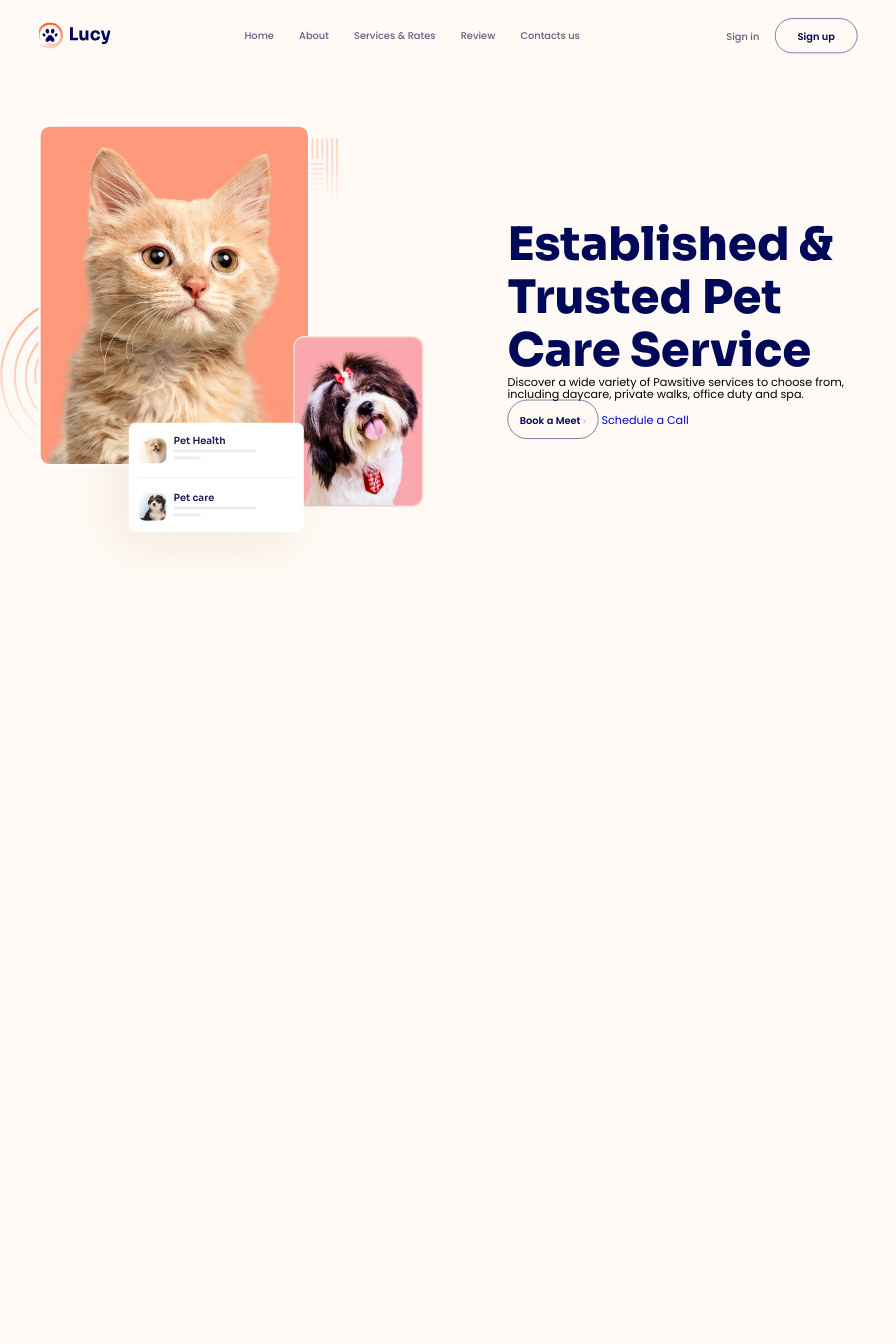
Repository: anhtien111198/f8-htmlcss-04
Page: index.html
These files come from the project's save history. The page is drawn as it stood at one moment and after the next save; the edit follows.
The browser window is 1280 px wide. The pictures show the part of the page from y = 0 to 1920 px (the page is 5000 px tall), at 70% of full size.

Above is the page before, as saved 2023-05-17 12:04:07.

After the next save:
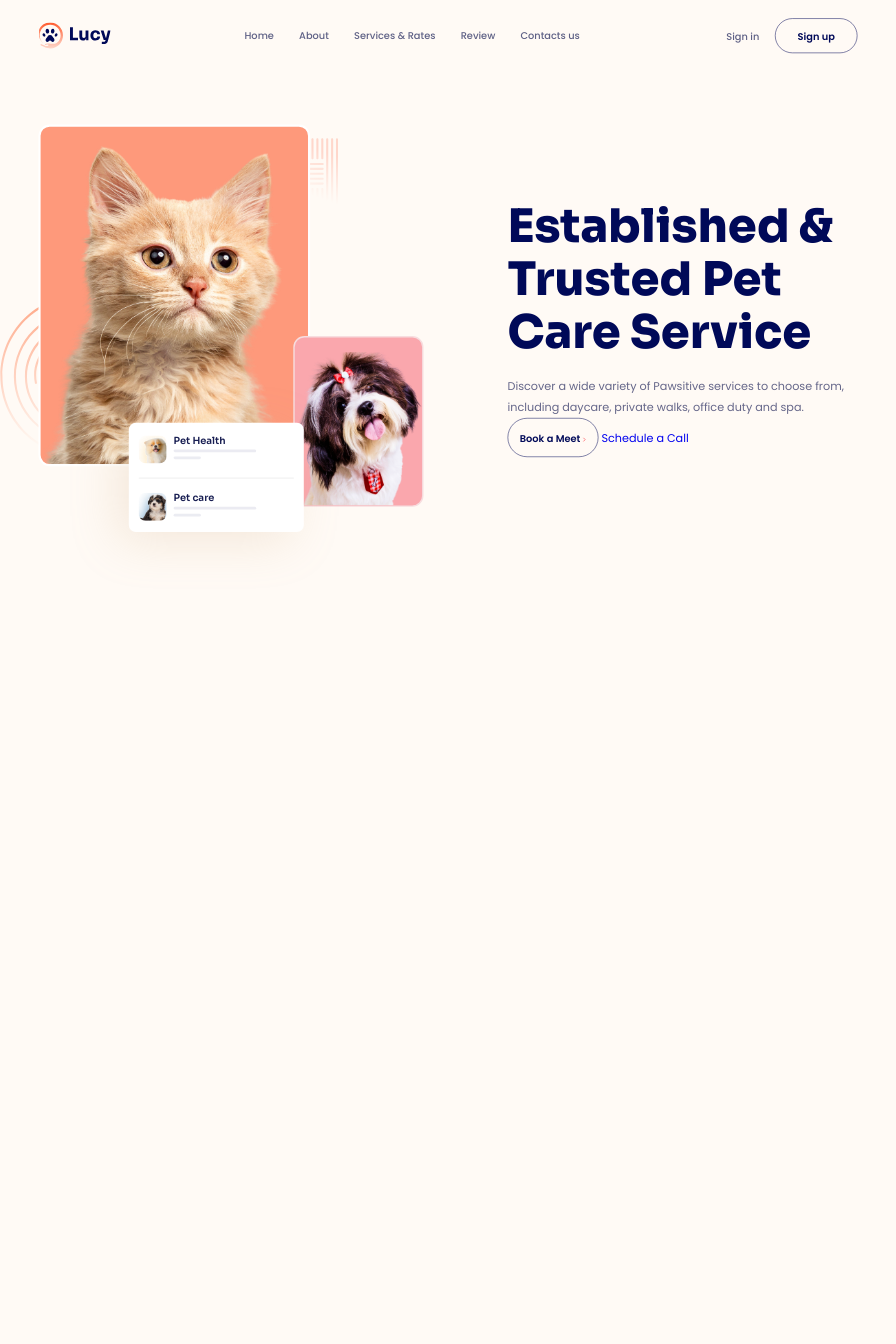
Saved 53 s later.
--- a/assets/css/style.css
+++ b/assets/css/style.css
@@ -188,3 +188,10 @@ select {
     line-height: 1.15;
     color: #000958;
 }
+.hero__desc {
+    margin-top: 24px;
+    font-weight: 400;
+    font-size: 1.6rem;
+    line-height: 1.88;
+    color: #656689;
+}
